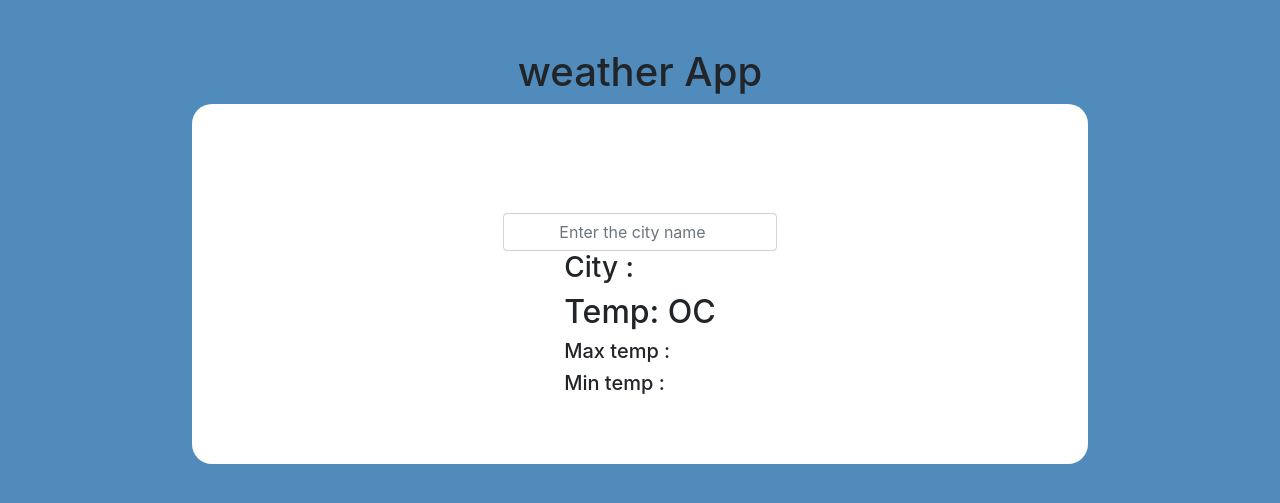
Repository: subhaDTECH/weather-app
Page: /
These files come from the project's save history. The page is drawn as it stood at one moment and after the next save; the edit follows.
The browser window is 1280 px wide. The pictures show the whole page.
The page's requests for data from a server got no answer. The project was rebuilt for these pictures with package versions that can differ from the ones it lists, and the page was loaded fresh each time. No one was signed in, and anything a server would have sent is missing.

Above is the page before, as saved 2021-11-19 16:31:36.

### src/index.css
*{
  margin: 0;
  padding: 0;
  box-sizing: border-box;
}
.main_section{
  background-color: rgb(80, 139, 187);
  width: 100vw;
  height: 100vh;
}
body{
  background-color: rgb(80, 139, 187);
}
.weather-app{
 width :70vw;
 height:50vh;
  background-color:#fff;
  border-radius: 20px;
}
.center_div{
  display: grid;
  place-items: center;
}
/* @media (max-width:786){
  .weather-app{
    max-width: 400px;
    max-height: 400px;
    background-color:#fff;
    border-radius: 20px;
  }

} */

### src/App.js
import React,{useState,useEffect} from 'react';
import "../node_modules/bootstrap/dist/css/bootstrap.min.css";
import "./index.css";
const App=()=>{
  const[city,setCity]=useState([]);
  const [search,setSearch]=useState();
  useEffect(() => {

    const fetchApi=async()=>{

     const res=await fetch(`http://api.openweathermap.org/data/2.5/weather?q=${search}&units=metric&appid=b4769bbe9a42ca0e8de1f56e70704218`);
     const jsondata=await res.json();



     setCity(jsondata.main);
     console.log('city',city);



    }
    fetchApi();

  },[search])


  return (
    <>
    <div className="container-fluid  main_section">
      <div className='row'>
        <div className="col-md-10 mx-auto center_div mt-5">
           <h1>weather App</h1>
         <div className="weather-app d-flex justify-content-center align-items-center flex-column">
           <div className="input_box mt-5 text-center d-inline d-flex justify-content-center align-items-center">
           <input autoComplete="off"
           placeholder="Enter the cit name..."
           value={search} onChange={(event)=>{setSearch(event.target.value)}} className="form-control me-2 text-center" type="search" placeholder="Enter the city name" aria-label="Search"/>


            <div>

            </div>


           </div>
           {city ? (<div className="info_box">
               <h3>City :{search}</h3>
              <h2>Temp:{city?.temp} OC</h2>
               <h5>Max temp :{city?.temp_max}</h5>
               <h5>Min temp :{city?.temp_min}</h5>

           </div>):(
            <div className="info_box">
               <h3>City not found</h3>


           </div>

           )}




         </div>


        </div>

    </div>

    </div>

    </>
  )
}
export default App;

Loaded but not shown: public/index.html (common file); src/index.js (common file)

After the next save:
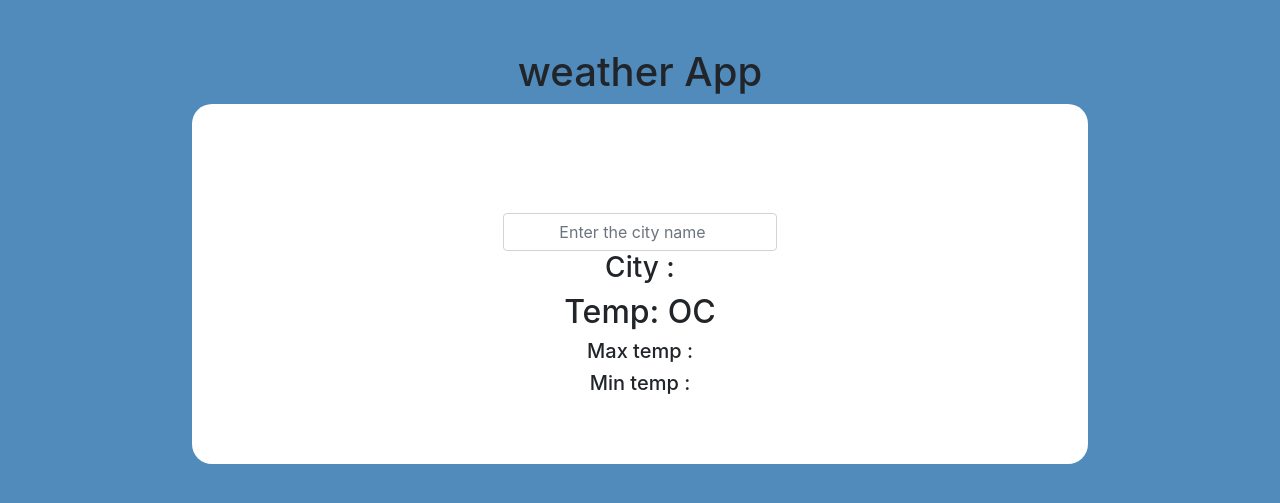
Saved 22 s later.
--- a/src/App.js
+++ b/src/App.js
@@ -43,7 +43,7 @@ const App=()=>{
 
 
            </div>
-           {city ? (<div className="info_box">
+           {city ? (<div className="info_box text-center">
                <h3>City :{search}</h3>
               <h2>Temp:{city?.temp} OC</h2>
                <h5>Max temp :{city?.temp_max}</h5>
